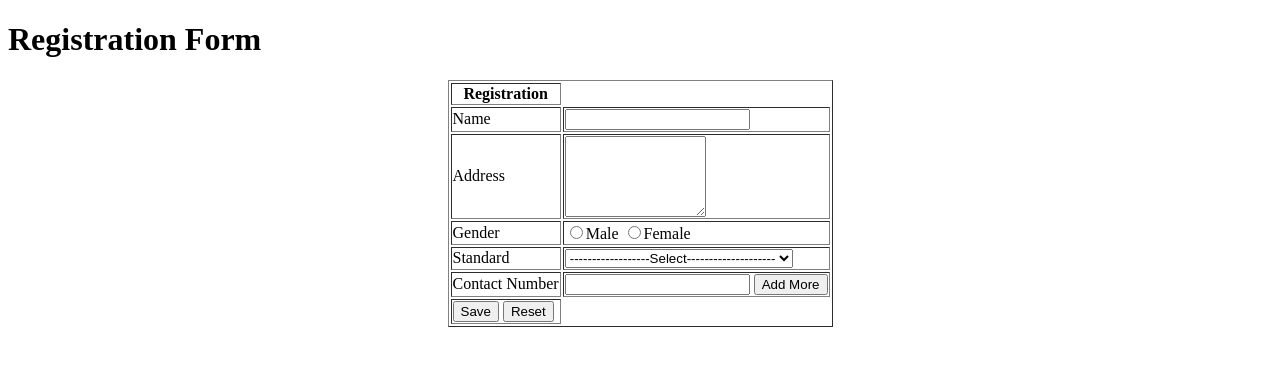
Repository: nsbgit/JavaTutorial
Page: http://localhost/2ndBatch/
The author's editor kept a copy of each file at every save. The page is drawn from the files as they stood at one save, then again after the next save.
The browser window is 1280 px wide. The pictures show the whole page.
The page is served by Tomcat 9.

Above is the page before, as saved 2013-12-17 20:14:02.

After the next save:
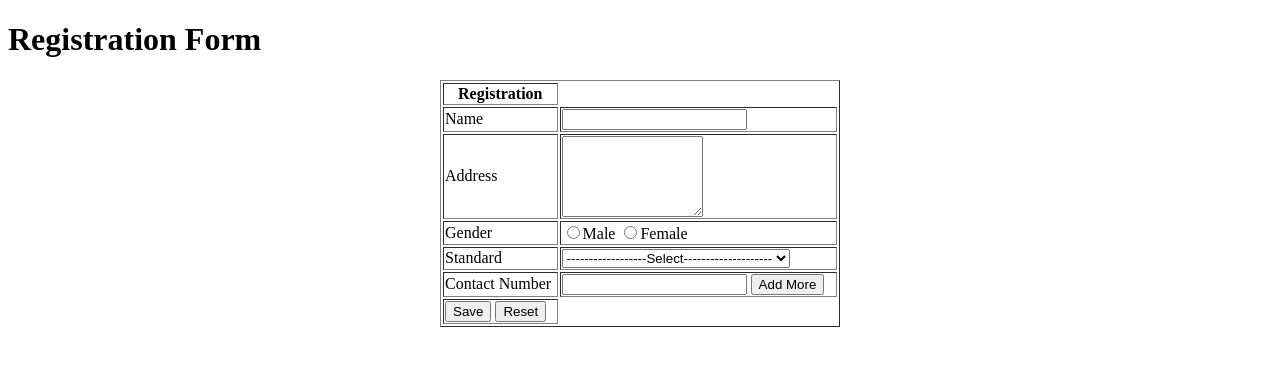
Saved 84 s later.
--- a/Webel Daily Home/J2EE Webel Tutorial Class/2ndBatch/WebContent/1st.jsp
+++ b/Webel Daily Home/J2EE Webel Tutorial Class/2ndBatch/WebContent/1st.jsp
@@ -11,7 +11,7 @@
 	<%--
 	We have to draw or make a table inside form tag because this tag is required to pass the value into SERVLET
 	 --%>
-		<table border="1" align="center">
+		<table border="1" width="400px" align="center">
 		<%--
 		Table is created into a row and column manner
 		 --%>
